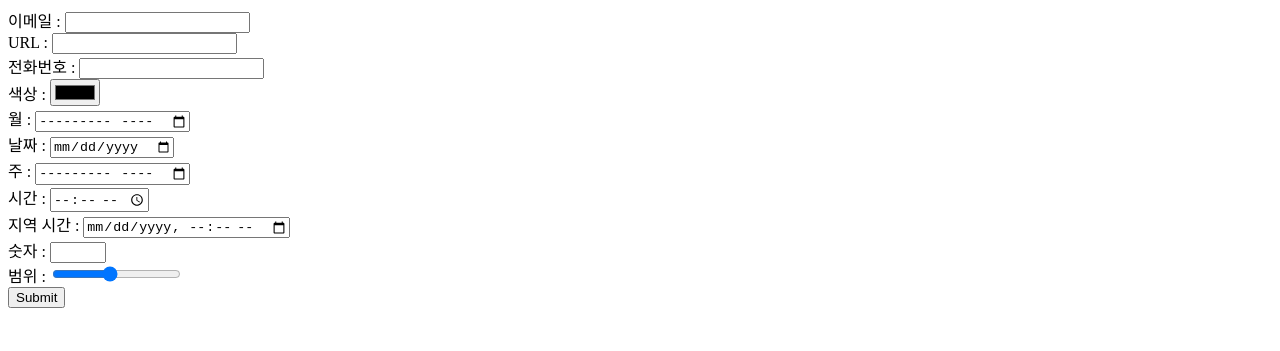
Repository: dhbaek2004/JSPex
Page: http://localhost/UX/InputForm.jsp
These files come from the project's save history. The page is drawn as it stood at one moment and after the next save; the edit follows.
The browser window is 1280 px wide. The pictures show the whole page.
The page is served by Tomcat 9.

Above is the page before, as saved 2020-08-26 14:40:11.

### Infrearn/UX/UX/WebContent/InputForm.jsp
<%@ page language="java" contentType="text/html; charset=EUC-KR"
    pageEncoding="EUC-KR"%>
<!DOCTYPE html>
<html>
<head>
<meta charset="EUC-KR">
<title>Insert title here</title>
</head>
<body>
	<form action="input.jsp" method="post">
		이메일 : <input type="email" name="email"> <br>
		URL : <input type="url" name="url"> <br>
		전화번호 : <input type="tel" name="tel"> <br>
		색상 : <input type="color" name="color"> <br>
		월 : <input type="month" name="month"> <br>
		날짜 : <input type="date" name="date"> <br>
		주 : <input type="month" name="week"> <br>
		시간 : <input type="time" name="time"> <br>
		지역 시간 : <input type="datetime-local" name="localdatetime"> <br>
		숫자 : <input type="number" name="number" min="1" max="10" step="2"> <br>
		범위 : <input type="range" name="range" min="1" max="10" step="2"> <br>
		<input type="submit">
	</form>

</body>
</html>

After the next save:
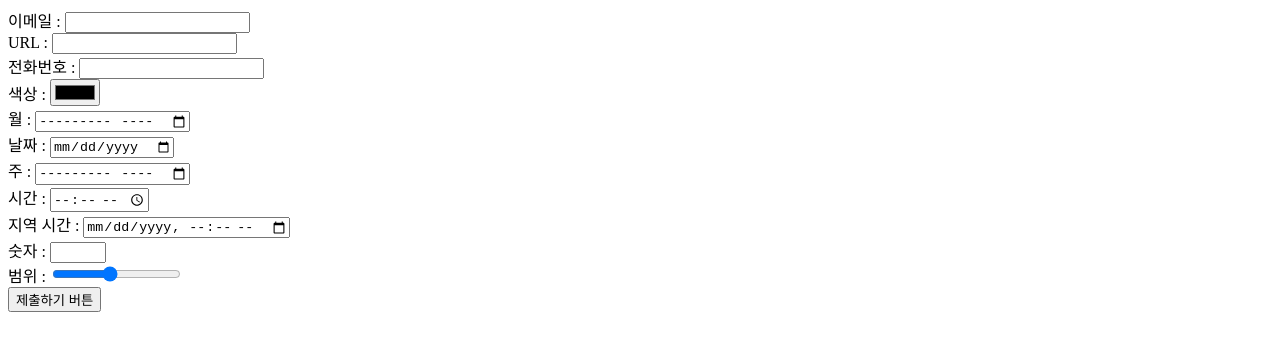
Saved 4 min 36 s later.
--- a/Infrearn/UX/UX/WebContent/InputForm.jsp
+++ b/Infrearn/UX/UX/WebContent/InputForm.jsp
@@ -19,7 +19,7 @@
 		지역 시간 : <input type="datetime-local" name="localdatetime"> <br>
 		숫자 : <input type="number" name="number" min="1" max="10" step="2"> <br>
 		범위 : <input type="range" name="range" min="1" max="10" step="2"> <br>
-		<input type="submit">
+		<input type="submit" value="제출하기 버튼">
 	</form>
 
 </body>
